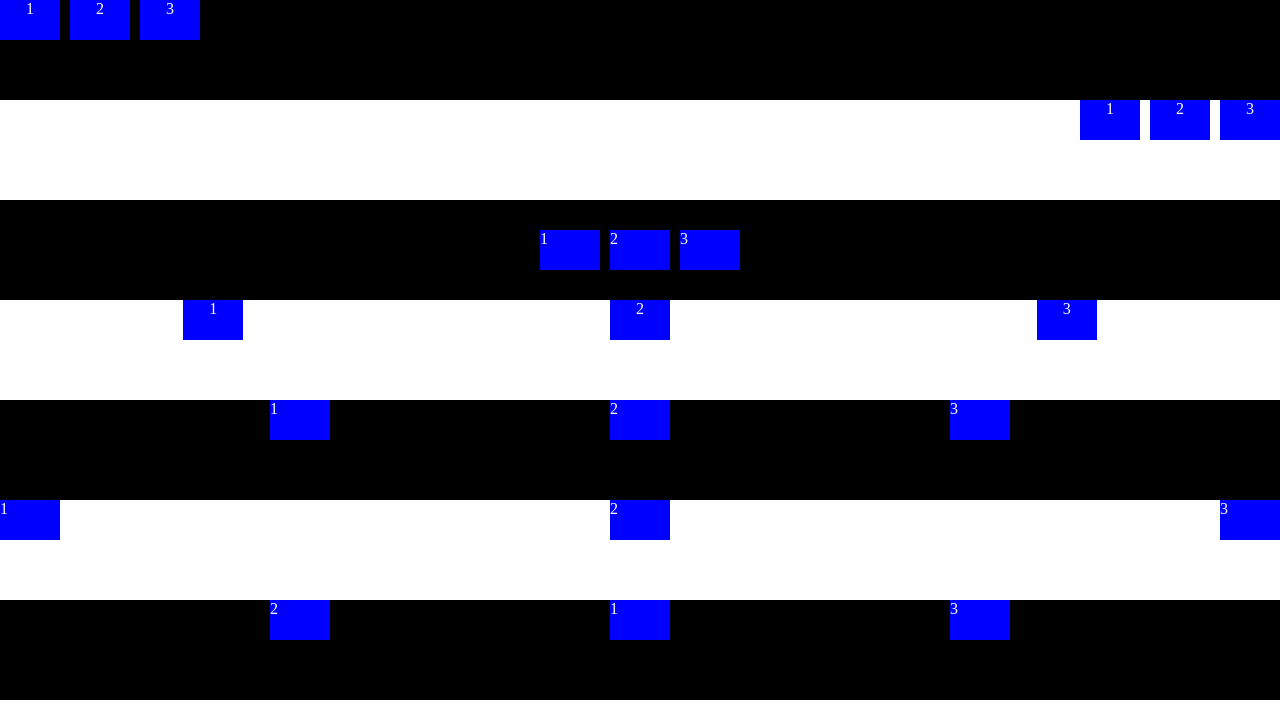
Repository: Elesion08/flexbox
Page: index.html
An editor plug-in stored every save of this project. The page is shown before and after the next save, followed by the edit.
The browser window is 1280 px wide. The pictures show the whole page.

Above is the page before, as saved 2025-04-15 08:43:37.

After the next save:
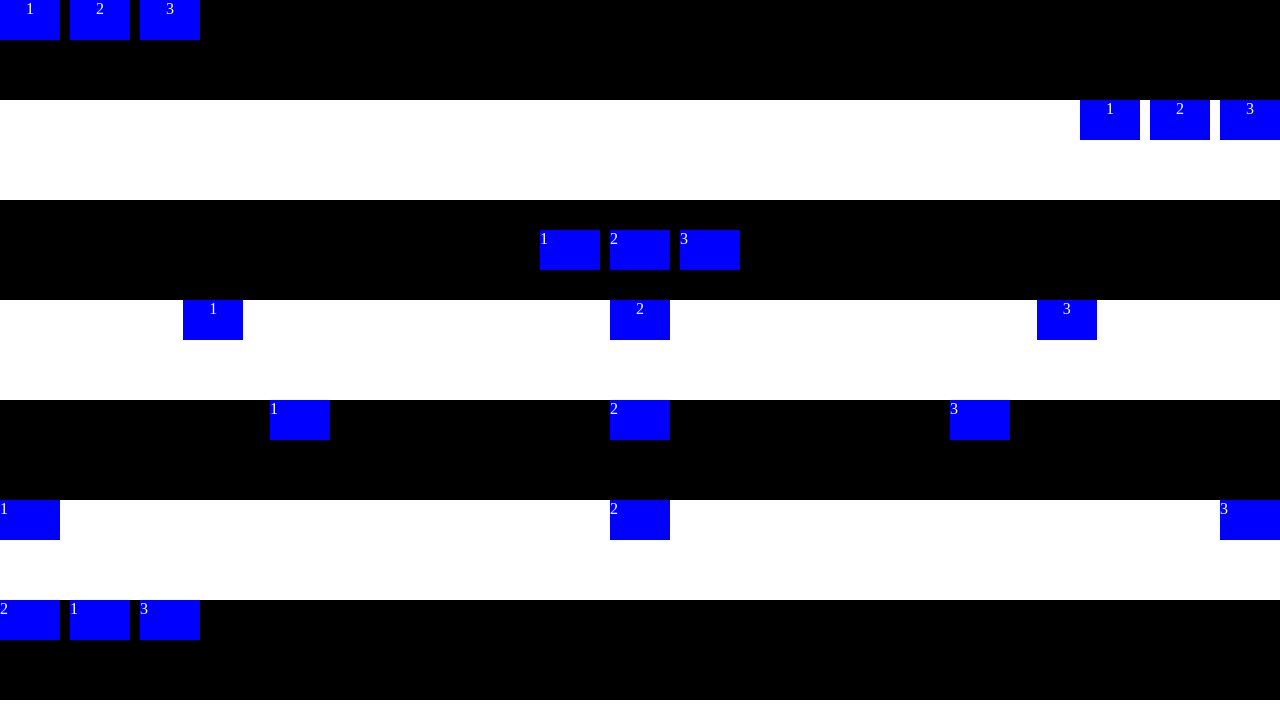
Saved 11 s later.
--- a/style.css
+++ b/style.css
@@ -162,7 +162,6 @@
         /* deixa os itens e suas posições flexiveis */
         display: flex;
         /* espalha os elementos filho horizontalmente de forma igualitaria */
-        justify-content: space-evenly;
         /* centraliza os elementos filhos verticalmente */
         background-color: black;
         /* distância entre os elementos filhos */
